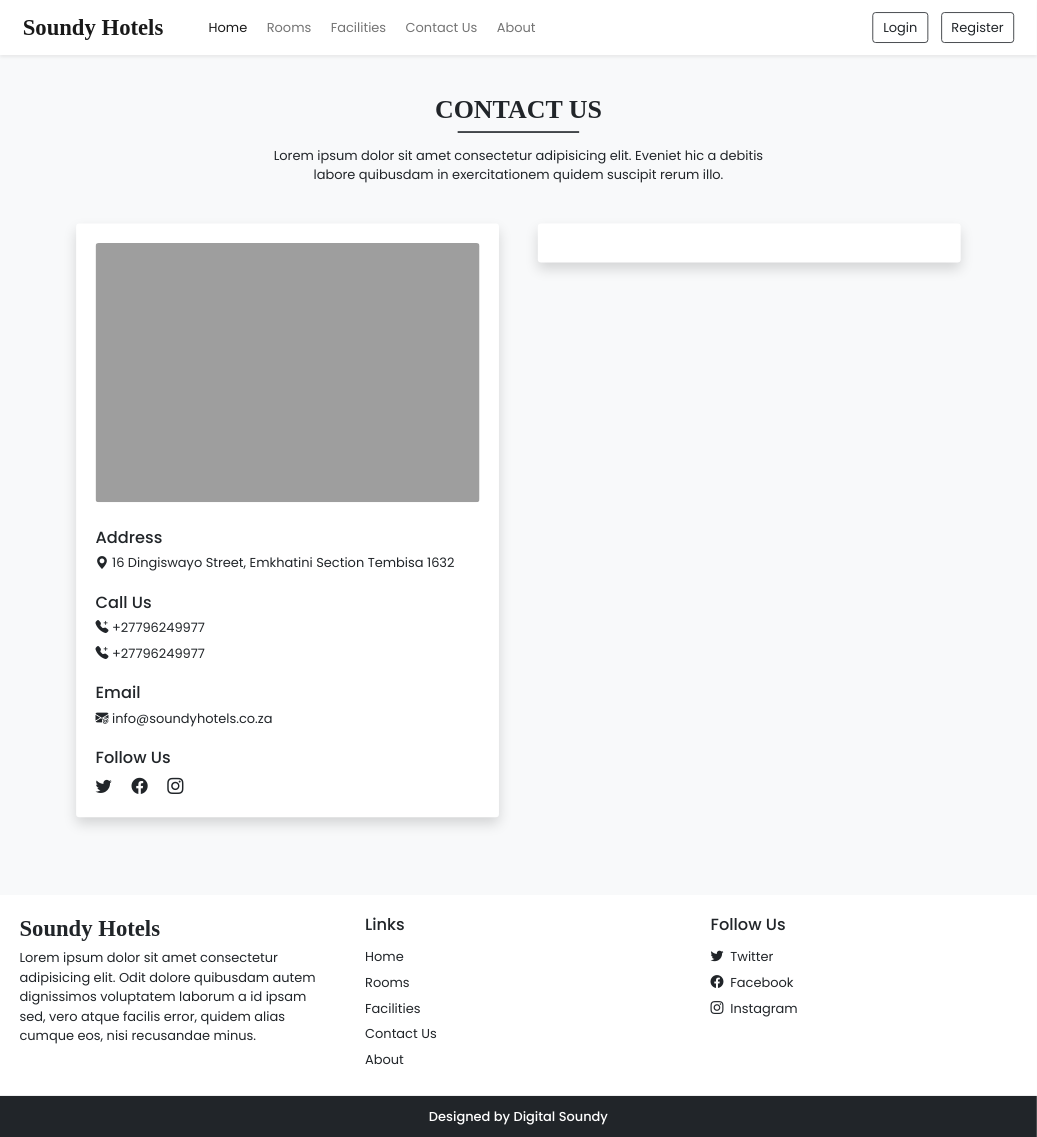
Repository: spencersoundy/Hotel-Booking-App
Page: http://localhost/contact.php
These files come from the project's save history. The page is drawn as it stood at one moment and after the next save; the edit follows.
The browser window is 1280 px wide. The pictures show the whole page, at 81% of full size.
Pictures or frames that could not be fetched are drawn as grey boxes. Some web fonts or font styles are not loaded; a fallback is used. The page is run by PHP 8.4 with error messages shown; the project is at /var/www/html/.

Above is the page before, as saved 2023-08-04 23:56:01.

### contact.php
<!DOCTYPE html>
<html lang="en">
<head>
    <meta charset="UTF-8">
    <meta http-equiv="X-UA-Compatible" content="IE=edge">
    <meta name="viewport" content="width=device-width, initial-scale=1.0">
    <title>Soundy Hotels - CONTACT</title>
    <?php require('inc/links.php') ?>
</head>
<body class="bg-light">

<?php require('inc/header.php') ?>

<div class="my-5 px-4">
    <h2 class="fw-bold h-font text-center">CONTACT US</h2>
    <div class="h-line bg-dark"></div>
    <p class="text-center mt-3">
        Lorem ipsum dolor sit amet consectetur adipisicing elit.
        Eveniet hic a debitis <br> labore quibusdam in exercitationem
        quidem suscipit rerum illo.
    </p>
</div>

<div class="container">
    <div class="row">
        <div class="col-lg-6 col-md-6 mb-5 px-4">
            <div class="bg-white rounded shadow p-4">
                <iframe class="w-100 rounded mb-4" height="320px" src="https://www.google.com/maps/embed?pb=!1m18!1m12!1m3!1d3585.708810342345!2d28.2120409827257!3d-26.010354497291896!2m3!1f0!2f0!3f0!3m2!1i1024!2i768!4f13.1!3m3!1m2!1s0x1e956bf2ad5976c9%3A0x6f9e0753eef116a!2s16%20Dingiswayo%20St%2C%20Emkantini%2C%20Tembisa%2C%201632!5e0!3m2!1sen!2sza!4v1691170736196!5m2!1sen!2sza" loading="lazy"></iframe>

                    <h5>Address</h5>
                <a href="https://goo.gl/maps/Av7G3xEeVXWeW6kQ6" target="_blank" class="d-line-block text-decoration-none text-dark mb-2">
                <i class="bi bi-geo-alt-fill"></i> 16 Dingiswayo Street, Emkhatini Section Tembisa 1632
                </a>

                <h5 class="mt-4">Call Us</h5>
                <a href="Tell: +27796249977" class="d-inline-block mb-2 text-decoration-none text-dark">
                    <i class="bi bi-telephone-plus-fill"></i> +27796249977
                </a>
                <br>
                <a href="Tell: +27796249977" class="d-inline-block text-decoration-none text-dark">
                    <i class="bi bi-telephone-plus-fill"></i> +27796249977
                </a>

                <h5 class="mt-4">Email</h5>
                <a href="mailto: info@soundyhotels.co.za" class="d-inline-block text-decoration-none text-dark">
                    <i class="bi bi-envelope-at-fill"></i> info@soundyhotels.co.za
                </a>

                <h5 class="mt-4">Follow Us</h5>
                <a href="#" class="d-inline-block text-dark fs-5 me-3">
                        <i class="bi bi-twitter me-1"></i>
                </a>
                <a href="#" class="d-inline-block text-dark fs-5 me-3">
                        <i class="bi bi-facebook me-1"></i>
                </a>
                <a href="#" class="d-inline-block">
                        <i class="bi bi-instagram me-1 text-dark fs-5"></i>
                </a>
            </div>
        </div>
        <div class="col-lg-6 col-md-6 px-4">
            <div class="bg-white rounded shadow p-4">
                <form></form>
            </div>
        </div>
    </div>
</div>

<?php require('inc/footer.php')?>

</body>
</html>

### inc/links.php
<link href="https://cdn.jsdelivr.net/npm/bootstrap@5.0.2/dist/css/bootstrap.min.css" rel="stylesheet" integrity="sha384-EVSTQN3/azprG1Anm3QDgpJLIm9Nao0Yz1ztcQTwFspd3yD65VohhpuuCOmLASjC" crossorigin="anonymous">
<link href="https://fonts.googleapis.com/css2?family=Merienda:wght@400;700&family=Poppins:wght@400;500;600&display=swap" rel="stylesheet">
<link rel="stylesheet" href="https://cdn.jsdelivr.net/npm/bootstrap-icons@1.10.5/font/bootstrap-icons.css">
<link rel="stylesheet" href="css/common.css"/>

### inc/header.php
<nav class="navbar navbar-expand-lg navbar-light bg-white px-lg-3 py-lg-2 shadow-sm sticky-top">
    <div class="container-fluid">
        <a class="navbar-brand me-5 fw-bold fs-3 h-font" href="index.php">Soundy Hotels</a>
        <button class="navbar-toggler shadow-none" type="button" data-bs-toggle="collapse" data-bs-target="#navbarSupportedContent" aria-controls="navbarSupportedContent" aria-expanded="false" aria-label="Toggle navigation">
        <span class="navbar-toggler-icon"></span>
        </button>
        <div class="collapse navbar-collapse" id="navbarSupportedContent">
        <ul class="navbar-nav me-auto mb-2 mb-lg-0">
            <li class="nav-item">
            <a class="nav-link active me-2" aria-current="page" href="index.php">Home</a>
            </li>
            <li class="nav-item">
            <a class="nav-link me-2" href="#">Rooms</a>
            </li>
            <li class="nav-item">
            <a class="nav-link me-2" href="facilities.php">Facilities</a>
            </li><li class="nav-item">
            <a class="nav-link me-2" href="contact.php">Contact Us</a>
            </li><li class="nav-item">
            <a class="nav-link" href="about.php">About</a>
            </li>
        </ul>
        <div class="d-flex">
            <button type="button" class="btn btn-outline-dark shadow-none me-lg-3 me-2" data-bs-toggle="modal" data-bs-target="#loginModal">
                Login
            </button>
            <button type="button" class="btn btn-outline-dark shadow-none" data-bs-toggle="modal" data-bs-target="#registerModal">
                Register
            </button>
        </div>
        </div>
    </div>
    </nav>

    <div class="modal fade" id="loginModal" data-bs-backdrop="static" data-bs-keyboard="false" tabindex="-1" aria-labelledby="staticBackdropLabel" aria-hidden="true">
        <div class="modal-dialog">
            <div class="modal-content">
                <form>
                    <div class="modal-header">
                        <h5 class="modal-title d-flex align-items-center">
                            <i class="bi bi-person-circle fs-3 me-2"></i> User Login
                        </h5>
                        <button type="reset" class="btn-close shadow-none" data-bs-dismiss="modal" aria-label="Close"></button>
                    </div>
                    <div class="modal-body">
                    <div class="mb-3">
                        <label class="form-label">Email address</label>
                        <input type="email" class="form-control shadow-none">
                    </div>
                    <div class="mb-4">
                        <label class="form-label">Password</label>
                        <input type="password" class="form-control shadow-none">
                    </div>
                        <div class="d-flex align-items-center justify-content-between mb-2">
                            <button type="submit" class="btn btn-dark shadow-none">LOGIN</button>
                            <a href="javascript: void(0)" class="text-secondary text-decoration-none">Forgot Password?</a>
                        </div>
                    </div>
                </form>
            </div>
        </div>
    </div>

    <div class="modal fade" id="registerModal" data-bs-backdrop="static" data-bs-keyboard="false" tabindex="-1" aria-labelledby="staticBackdropLabel" aria-hidden="true">
        <div class="modal-dialog modal-lg">
            <div class="modal-content">
                <form>
            <div class="modal-header">
                <h5 class="modal-title d-fle align-items-center">
                    <i class="bi bi-person-lines-fill fs-3 me-2"></i> User Registration
                </h5>
                <button type="reset" class="btn-close shadow-none" data-bs-dismiss="modal" aria-label="Close"></button>
            </div>
            <div class="modal-body">
                <span class="badge rounded-pill bg-light text-dark mb-3 text-wrap lh-base">
                    Note: Your details must match with your ID (ID book/card, passport, drivers license, etc.)
                    that will be required during check-in.
                </span>
                <div class="container-fluid">
                    <div class="row">
                        <div class="col-md-6 ps-0 mb-3">
                            <label class="form-label">Name</label>
                            <input type="text" class="form-control shadow-none">
                        </div>
                        <div class="col-md-6 p-0 mb-3">
                            <label class="form-label">Email</label>
                            <input type="email" class="form-control shadow-none">
                        </div>
                        <div class="col-md-6 ps-0 mb-3">
                            <label class="form-label">Phone Number</label>
                            <input type="number" class="form-control shadow-none">
                        </div>
                        <div class="col-md-6 p-0 mb-3">
                            <label class="form-label">Picture</label>
                            <input type="file" class="form-control shadow-none">
                        </div>
                        <div class="col-md-12 p-0 mb-3">
                            <label class="form-label">Address</label>
                            <textarea class="form-control shadow-none" rows="1"></textarea>
                        </div>
                        <div class="col-md-6 ps-0 mb-3">
                            <label class="form-label">Pincode</label>
                            <input type="number" class="form-control shadow-none">
                        </div>
                        <div class="col-md-6 p-0 mb-3">
                            <label class="form-label">Date of birth</label>
                            <input type="date" class="form-control shadow-none">
                        </div>
                        <div class="col-md-6 ps-0 mb-3">
                            <label class="form-label">Password</label>
                            <input type="password" class="form-control shadow-none">
                        </div>
                        <div class="col-md-6 p-0 mb-3">
                            <label class="form-label">Confirm Password</label>
                            <input type="password" class="form-control shadow-none">
                        </div>
                    </div>
                </div>
                <div class="text-center my-1">
                    <button type="submit" class="btn btn-dark shadow-none">REGISTER</button>
                </div>
            </div>
            </form>
            </div>
  </div>
</div>

### inc/footer.php
<div class="container-fluid bg-white mt-5">

        <div class="row">
            <div class="col-lg-4 p-4">
                <h3 class="h-font fw-bold fs-3 mb-2">Soundy Hotels</h3>
                <p>
                    Lorem ipsum dolor sit amet consectetur adipisicing elit.
                    Odit dolore quibusdam autem dignissimos voluptatem laborum a id ipsam sed,
                    vero atque facilis error, quidem alias cumque eos, nisi recusandae minus.
                </p>
            </div>
            <div class="col-lg-4 p-4">
                <h5 class="mb-3">Links</h5>
                <a href="#" class="d-inline-block mb-2 text-dark text-decoration-none">Home</a><br>
                <a href="#" class="d-inline-block mb-2 text-dark text-decoration-none">Rooms</a><br>
                <a href="#" class="d-inline-block mb-2 text-dark text-decoration-none">Facilities</a><br>
                <a href="#" class="d-inline-block mb-2 text-dark text-decoration-none">Contact Us</a><br>
                <a href="#" class="d-inline-block mb-2 text-dark text-decoration-none">About</a>
            </div>
            <div class="col-lg-4 p-4">
                <h5 class="mb-3">Follow Us</h5>
                <a href="#" class="d-inline-block text-dark text-decoration-none mb-2">
                    <i class="bi bi-twitter me-1"></i> Twitter
                </a><br>
                <a href="#" class="d-inline-block text-dark text-decoration-none mb-2">
                    <i class="bi bi-facebook me-1"></i> Facebook
                </a><br>
                <a href="#" class="d-inline-block text-dark text-decoration-none">
                    <i class="bi bi-instagram me-1"></i> Instagram
                </a><br>
            </div>
        </div>
    </div>
</div>

    <h6 class="text-center bg-dark text-white p-3 m-0">Designed by Digital Soundy</h6>

    <script src="https://cdn.jsdelivr.net/npm/bootstrap@5.0.2/dist/js/bootstrap.bundle.min.js" integrity="sha384-MrcW6ZMFYlzcLA8Nl+NtUVF0sA7MsXsP1UyJoMp4YLEuNSfAP+JcXn/tWtIaxVXM" crossorigin="anonymous"></script>

### css/common.css
:root{
    --teal: #2ec1ac;
    --teal_hover: #279e8c;
}

*{
    font-family: 'Poppins', sans-serif;
}
.h-font{
    font-family: 'Merienda', cursive;
}

input::-webkit-outer-spin-button,
input::-webkit-inner-spin-button {
-webkit-appearance: none;
margin: 0;
}

input[type=number] {
-moz-appearance: textfield;
}

.custom-bg{
    background-color: var(--teal);
    border: 1px solid var(--teal);
}
.custom-bg:hover{
    background-color: var(--teal_hover);
    border-color: var(--teal_hover);
}

.h-line{
    width: 150px;
    margin: 0 auto;
    height: 1.7px;
}

After the next save:
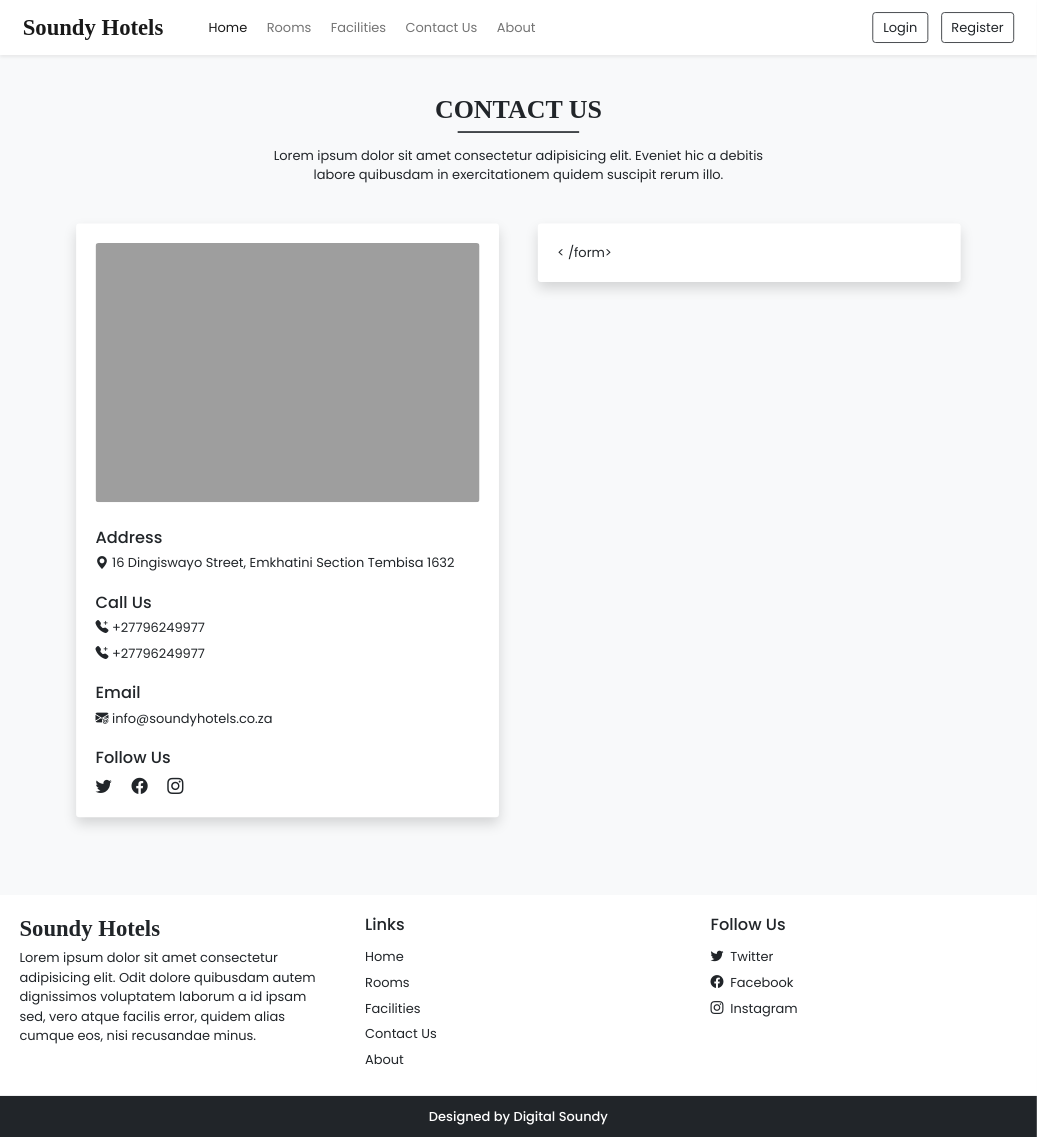
Saved 5 s later.
--- a/contact.php
+++ b/contact.php
@@ -60,7 +60,8 @@
         </div>
         <div class="col-lg-6 col-md-6 px-4">
             <div class="bg-white rounded shadow p-4">
-                <form></form>
+                <form><
+                    /form>
             </div>
         </div>
     </div>
